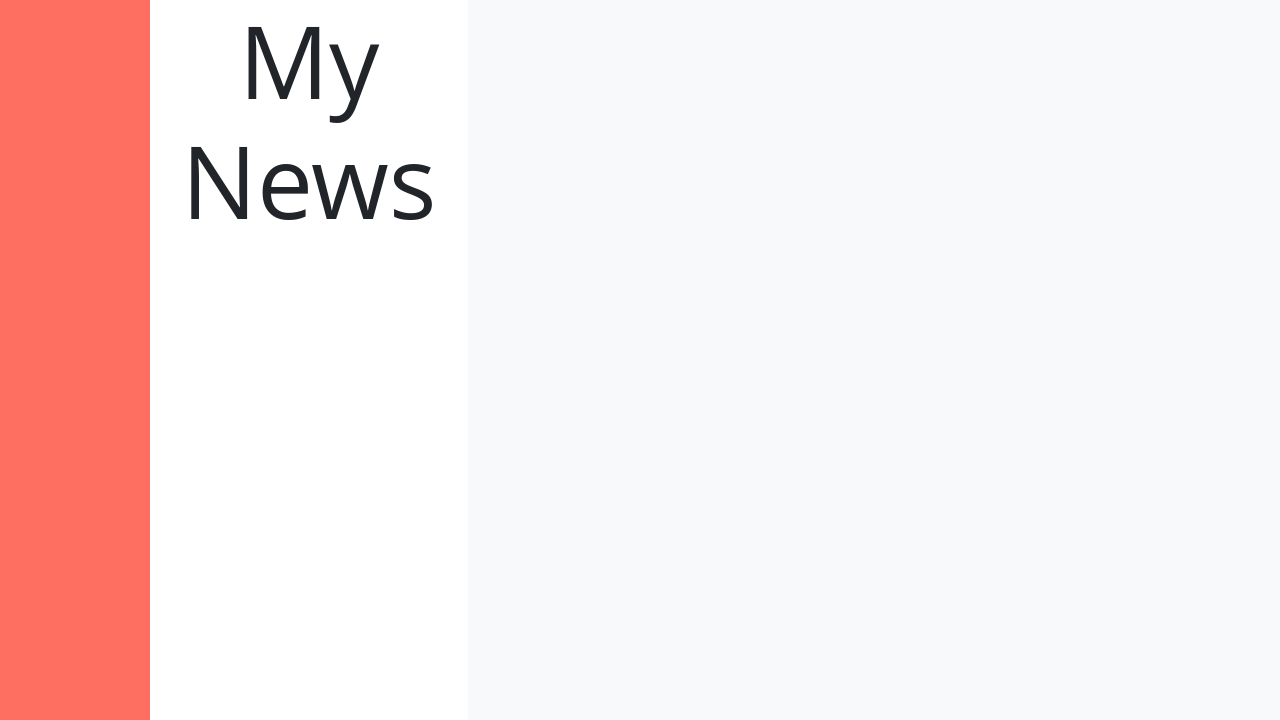
Repository: tts2610/GoogleNews
Page: index.html
These files come from the project's save history. The page is drawn as it stood at one moment and after the next save; the edit follows.
The browser window is 1280 px wide. The pictures show the whole page.
The page's requests for data from a server got no answer. Some web libraries are served in a nearby version.

Above is the page before, as saved 2020-05-20 21:35:52.

After the next save:
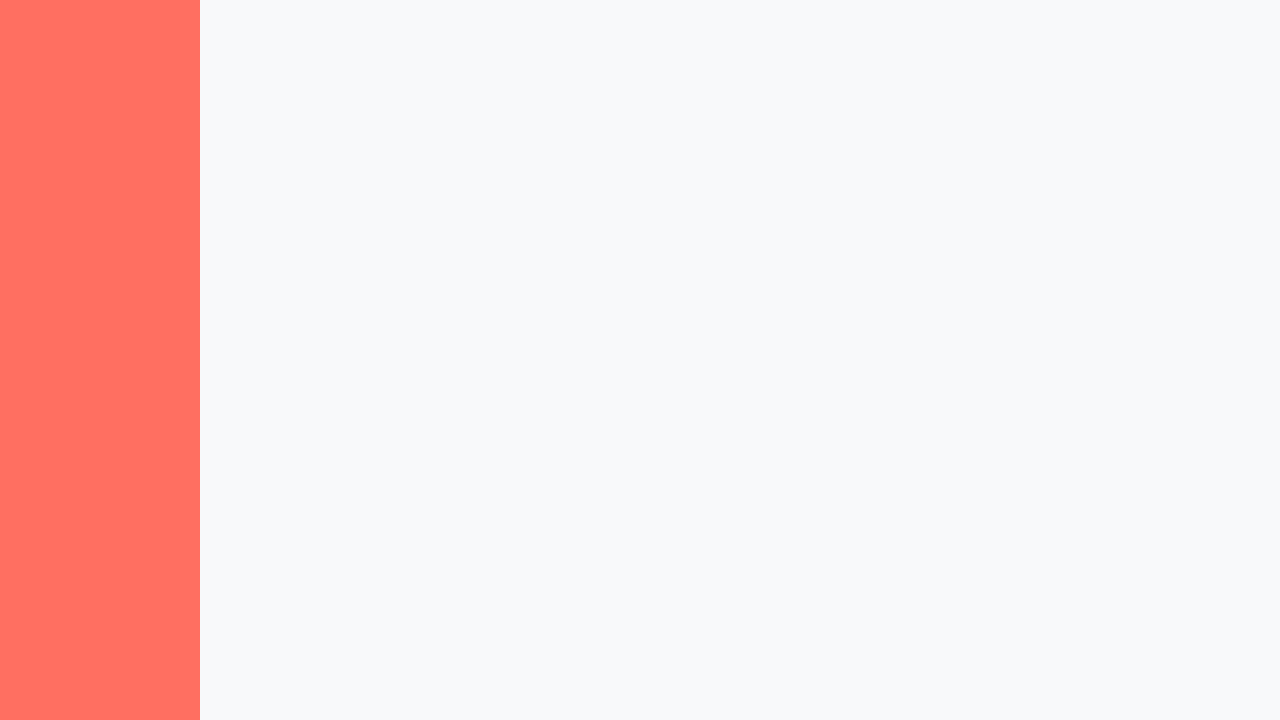
Saved 8 s later.
--- a/index.html
+++ b/index.html
@@ -31,9 +31,6 @@
                 <li></li>
                 <li></li> -->
             </ul>
-        </div>
-        <div class="content-header mb-4">
-            <h1 style="font-size: 100px; text-align: center;">My News</h1>
         </div>
         <div class="content" id="myContent">
 
